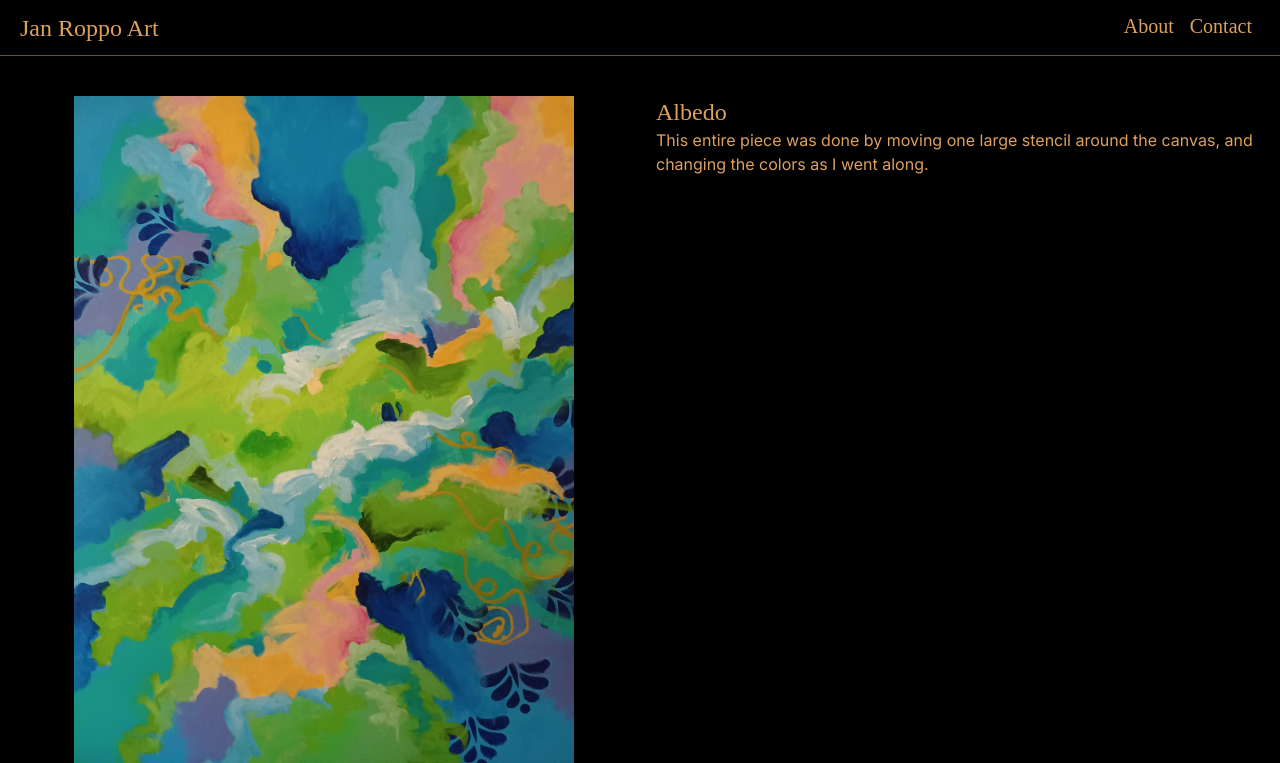
Repository: YanceMcFinn/JRArt
Page: /works/albedo
The author's editor kept a copy of each file at every save. The page is drawn from the files as they stood at one save, then again after the next save.
The browser window is 1280 px wide. The pictures show the whole page.
The project was rebuilt for these pictures with package versions that can differ from the ones it lists, and the page was loaded fresh each time. The framework's server and built-in components were replaced by stand-ins that run in the browser. Also part of the build but not shown: next.config.js.

Above is the page before, as saved 2023-10-17 22:35:49.

### app/layout.js
import './globals.css'
import { Inter } from 'next/font/google'

import Navbar from './components/Navbar'

const inter = Inter({ subsets: ['latin'] })

export const metadata = {
  title: 'Jan Roppo Art',
  description: 'The art of Jan Roppo',
}

export default function RootLayout({ children }) {
  return (
    <html lang="en">
      <body className={inter.className}>
        <Navbar />
        {children}
      </body>
    </html>
  )
}

### app/works/[title]/page.js
import data from '../../../json/works.json'

import Image from 'next/image';


export function generateStaticParams() {
    let works = data
    const params = works.map((piece) => ({
      title: piece.title
    }))
    return params;
  }

function getPiece(params) {
  const piece = data.filter((piece)=> piece.title.toLowerCase().replaceAll("?","") == params.title.toLowerCase().replaceAll("%20"," "))
  return piece[0]}

export default function Work({params}){
  const piece = getPiece(params)
  console.log(piece)
  let srctest = `../../../public/static/img/${params.title.toLowerCase().replaceAll("%20", "_")}.jpg`
  const imgSrc = require(`../../../public/static/img/${params.title.toLowerCase().replaceAll("%20", "_")}.jpg`)
  return(
    <div className="flex flex-row px-2 mt-10 text-main-color">
      <div className="basis-1/2">
        <Image src={imgSrc}
          className='mx-auto'
          width={500}
          height={500}
          alt={piece.title} />
      </div>
      <div className="basis-1/2 px-4">
        <div className='text-2xl title'>{piece.title}</div>
        <p>{piece.description}</p>
      </div>

    </div>
  )
}

### app/globals.css
@tailwind base;
@tailwind components;
@tailwind utilities;

body {
 background-color: black;
}

.title {
    font-family: 'Macondo', cursive;
}

### app/components/Navbar.jsx
import React from "react";

const Navbar = () => {
    return(
    <>
    <div className="top w-full h-14 px-5 py-3 text-main-color border-b border-b-main-color/50">
      <div className="float-left title text-2xl">
        <a className="hover:text-white" href="/">Jan Roppo Art</a>
      </div>
      <div className="float-right title text-xl">
        <ul>
          <li className="inline px-2">
            <a href="/about" className="hover:text-white">About</a>
          </li>
          <li className="inline px-2">
            <a href="/contact" className="hover:text-white">Contact</a>
          </li>
        </ul>
      </div>
    </div>
    </>

    )
}

export default Navbar

### json/works.json
[
    {
        "title" : "Josephine",
        "id": 0,
        "dimensions": "36 x 36",
        "materials": "acrylic on canvas",
        "price": 750,
        "sold": false,
        "prints available": true,
        "description": "This started out being non-representational, and then I decided to add a figure to it. I am really enjoying using my foam rollers, and of course I added some stenciling to it."
    },
    {
        "title" : "Duo",
        "id": 0,
        "dimensions": "36 x 36",
        "materials": "acrylic on canvas",
        "price": 750,
        "sold": false,
        "prints available": true,
        "description": "This is two abstract figures in their finest red dresses, at a party somewhere fabulous."
    },
    {
        "title" : "Threshold",
        "id": 0,
        "dimensions": "24 x 36",
        "materials": "acrylic on canvas",
        "price": 600,
        "sold": false,
        "prints available": true,
        "description": "This is a figurative piece, with a stylized figure covered with stencils. There is also stenciling in the background and on the curtain. She is transitioning from one area and is poised on the threshold of something new."
    },
    {
        "title" : "Timepiece Sonata",
        "id": 0,
        "dimensions": "36 x 36",
        "materials": "acrylic on canvas",
        "price": 750,
        "sold": false,
        "prints available": true,
        "description": "This started with mark-making in charcoal, then sprayed, and then covered with a dark blue; then the other colors were added on top of that."
    },
    {
        "title" : "Tantes",
        "id": 0,
        "dimensions": "36 x 36",
        "materials": "acrylic on canvas",
        "price": 750,
        "sold": false,
        "prints available": true,
        "description": "I wanted a very tropical feel for this, something playful and whimsical, so I chose very cheerful colors and formed the figures out of areas of stenciling."
    },
    {
        "title" : "Tidepool",
        "id": 0,
        "dimensions": "16 x 16",
        "materials": "oil paint and cold wax on cradled board",
        "price": 250,
        "sold": false,
        "prints available": true,
        "description": "This piece was done with oil paint and cold wax, which is applied to the board with palette knives and scrapers. It is more textural than paint alone and can be scraped off of some areas or splattered with a thinning agent."
    },
    {
        "title" : "Ghostflower",
        "id": 0,
        "dimensions": "12 x 12",
        "materials": "oil paint and cold wax on cradled board",
        "price": 100,
        "sold": false,
        "prints available": true,
        "description": "This is another piece done with cold wax. The raised areas were done by using a stencil."
    },
    {
        "title" : "Replicant",
        "id": 6,
        "dimensions": "36 x 36",
        "materials": "acrylic on canvas",
        "price": 750,
        "sold": false,
        "prints available": false,
        "description": "This entire piece was done by moving one large stencil around the canvas, and changing the colors as I went along."
    },
    {
        "title" : "Do You Think So?",
        "id": 6,
        "dimensions": "24 x 30",
        "materials": "acrylic on canvas",
        "price": 600,
        "sold": false,
        "prints available": false,
        "description": "This was done by focusing on the features of a figure, and trying to keep it as abstract as possible."
    },
    {
        "title" : "Entr'acte",
        "id": 6,
        "dimensions": "36 x 36",
        "materials": "acrylic on canvas",
        "price": 750,
        "sold": false,
        "prints available": false,
        "description": "Here is a glamorous woman, on stage, perhaps. I used my favorite Pyrole red and some stenciling to create the beadwork on her gown."
    },
    {
        "title" : "Refractions",
        "id": 6,
        "dimensions": "30 x 40",
        "materials": "acrylic on canvas",
        "price": 700,
        "sold": false,
        "prints available": false,
        "description": "This is a non-representational piece that sort of developed by itself; I decided to mask off certain areas, and then lighten or darken whatever was next to them to create some contrast."
    },
    {
        "title" : "Refractions",
        "id": 6,
        "dimensions": "30 x 40",
        "materials": "acrylic on canvas",
        "price": 700,
        "sold": false,
        "prints available": false,
        "description": "This is a non-representational piece that sort of developed by itself; I decided to mask off certain areas, and then lighten or darken whatever was next to them to create some contrast."
    },
    {
        "title" : "Pink Dragon",
        "id": 6,
        "dimensions": "30 x 24",
        "materials": "alcohol ink on canvas",
        "price": 350,
        "sold": false,
        "prints available": false,
        "description": "This was painted as a demonstration on how to use alcohol ink. The color pink is for breast cancer awareness."
    },
    {
        "title" : "Intersection",
        "id": 6,
        "dimensions": "12 x 12",
        "materials": "alcohol ink on canvas",
        "price": 100,
        "sold": false,
        "prints available": false,
        "description": "This is a small, colorful piece, used to demonstrate the characteristics of alcohol ink."
    },
    {
        "title" : "C Minor",
        "id": 6,
        "dimensions": "20 x 24",
        "materials": "mixed media on canvas",
        "price": 250,
        "sold": false,
        "prints available": false,
        "description": "This started with a charcoal scribble, that was sprayed, and afterward acrylic paint was added to it. It felt musical to me, with the suggestion of a keyboard."
    },
    {
        "title" : "Albedo",
        "id": 0,
        "dimensions": "36 x 48",
        "materials": "acrylic on canvas",
        "price": 1000,
        "sold": false,
        "prints available": true,
        "description": "This entire piece was done by moving one large stencil around the canvas, and changing the colors as I went along."
    },
    {
        "title" : "Reflection",
        "id": 1,
        "dimensions": "24 x 24",
        "materials": "acrylic on canvas",
        "price": 300,
        "sold": false,
        "prints available": true,
        "description": "This is a nice little painting, done with some rubber cement resist, and a little bit of stenciling."
    },
    {
        "title" : "Oasis",
        "id": 2,
        "dimensions": "16 x 20",
        "materials": "acrylic on canvas",
        "price": 200,
        "sold": false,
        "prints available": true,
        "description": "This is a colorful little piece with a lot of energy and movement. It was fun to do."
    },
    {
        "title" : "Nebula",
        "id": 3,
        "dimensions": "16 x 20",
        "materials": "acrylic on canvas",
        "price": 200,
        "sold": false,
        "prints available": true,
        "description": "This is a small painting with a limited color palette, that is supposed to convey a feeling of lightness and spaciousness."
    },
    {
        "title" : "Family Time",
        "id": 4,
        "dimensions": "12 x 16",
        "materials": "acrylic on canvas",
        "price": 150,
        "sold": false,
        "prints available": true,
        "description": "This is a cheerful little painting, where the figures have been carved out of a patterned background."
    },
    {
        "title": "Sanctuary",
        "id": 5,
        "dimensions": "36 x 48",
        "materials": "acrylic on canvas",
        "price": 1000,
        "sold": true,
        "prints available": false,
        "description": "My goal with this was to see if I could successfully combine acrylic paint with areas of alcohol ink. I knew that the cells created by the ink would look like bubbles, so I decided on a watery theme, done in blues and greens."
    }
]

### tailwind.config.js
/** @type {import('tailwindcss').Config} */
module.exports = {
  content: [
    './pages/**/*.{js,ts,jsx,tsx,mdx}',
    './components/**/*.{js,ts,jsx,tsx,mdx}',
    './app/**/*.{js,ts,jsx,tsx,mdx}',
  ],
  theme: {
    extend: {
      backgroundImage: {
      },
      colors: {
        'main-color': '#dda15e'
      },
    },
  },
  plugins: [],
}

After the next save:
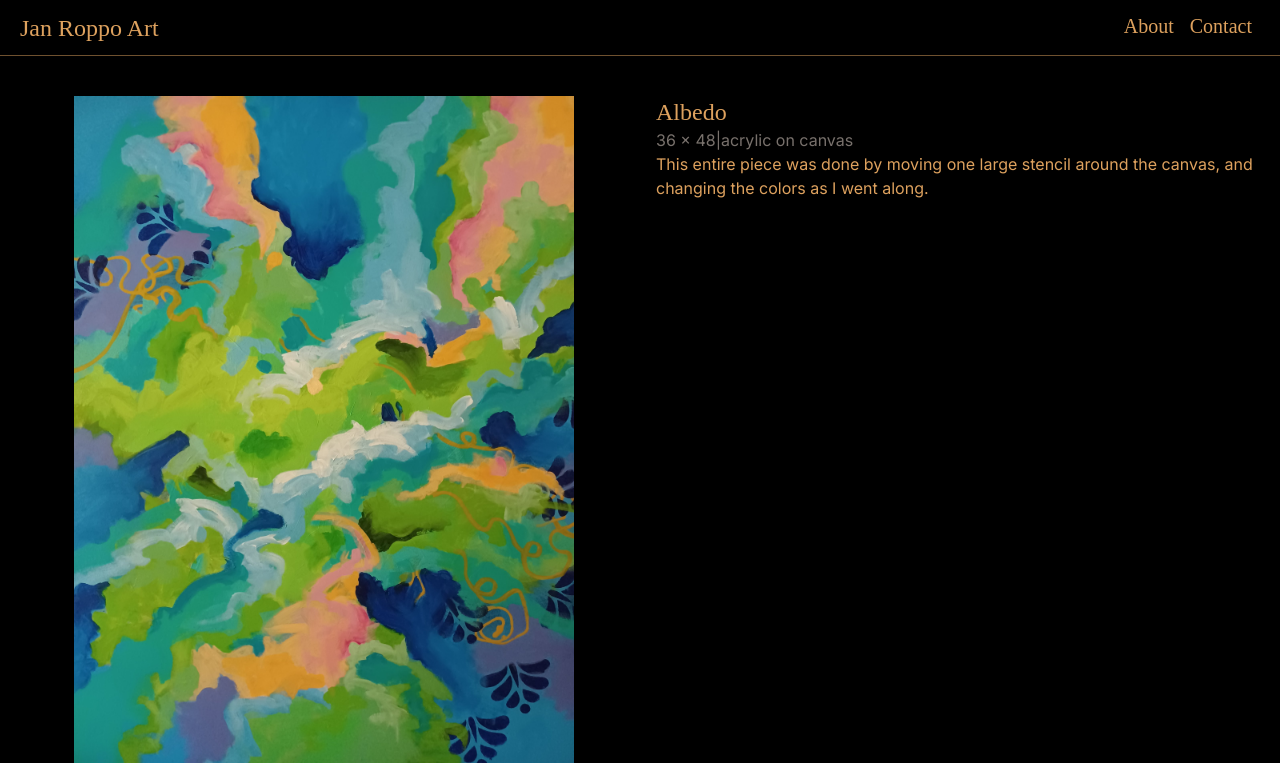
Saved 3 min 53 s later.
--- a/app/works/[title]/page.js
+++ b/app/works/[title]/page.js
@@ -31,6 +31,7 @@ export default function Work({params}){
       </div>
       <div className="basis-1/2 px-4">
         <div className='text-2xl title'>{piece.title}</div>
+        <div className='text-stone-500'>{piece.dimensions}|{piece.materials}</div>
         <p>{piece.description}</p>
       </div>
 
